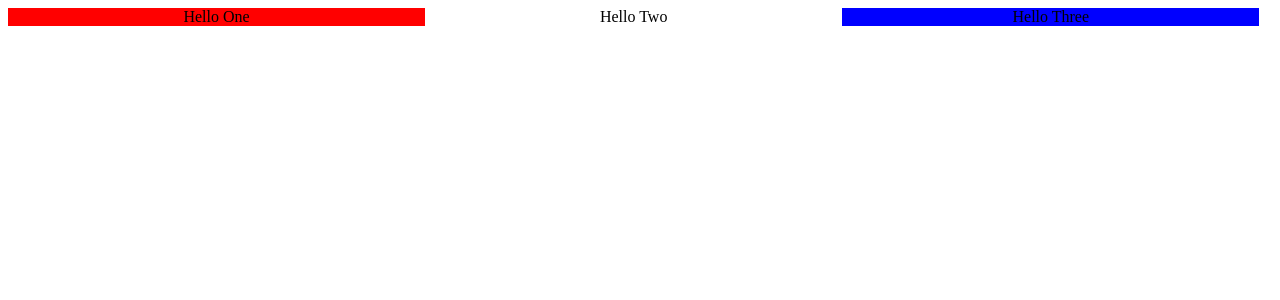
Repository: KarissaCummings1/nycod14-class-demo
Page: index.2.html
The author's editor kept a record of every edit. The page is drawn from the files as they stood at one moment, then again after the next edit.
The browser window is 1280 px wide. The pictures show the whole page.

Above is the page before.

After the next edit:
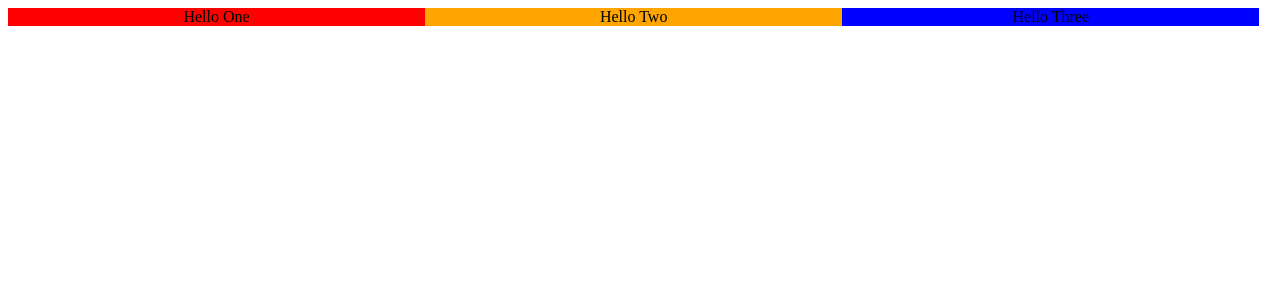
The edit:
--- a/index.2.html
+++ b/index.2.html
@@ -14,6 +14,9 @@
             .hello:first-child {
                 background-color: red;
             }
+            .hello:nth-child(2) {
+                background-color: orange;
+            }
             .hello:last-child {
                 background-color: blue;
             }
